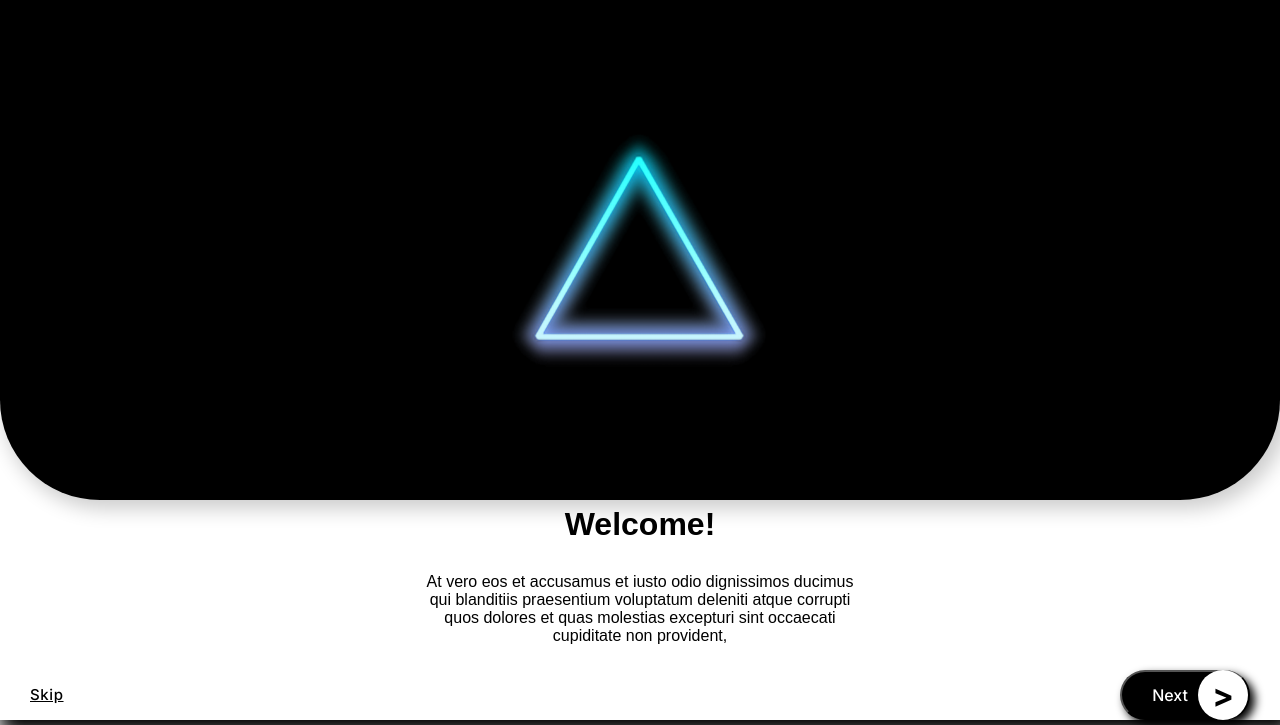
Repository: Cherced/virtualassistant
Page: /Welcome
The author's editor kept a copy of each file at every save. The page is drawn from the files as they stood at one save, then again after the next save.
The browser window is 1280 px wide. The pictures show the whole page.
The project was rebuilt for these pictures with package versions that can differ from the ones it lists, and the page was loaded fresh each time. The framework's server and built-in components were replaced by stand-ins that run in the browser.

Above is the page before, as saved 2022-07-14 12:32:50.

### pages/_app.js
import '../sass/global.scss';


const MyApp = ({ Component, pageProps }) => {
    return <Component {...pageProps} />
  }


export default MyApp

### pages/_document.js
import { Html, Head, Main, NextScript } from 'next/document'

export default function Document() {
  return (
    <Html>
      <Head />
      <body>
        <Main />
        <div id="portal"></div>
        <NextScript />
      </body>
    </Html>
  )
}

### pages/Welcome.jsx
import React from 'react'
import { HeaderWelcome } from '../components/molecules/welcome/HeaderWelcome'
import { MainContent } from '../components/molecules/welcome/MainContent'
import { NavButtons } from '../components/molecules/welcome/NavButtons'

const Welcome = () => {
  return (
    <div className="welcome">
        <HeaderWelcome/>
        <MainContent/>
        <NavButtons/>
    </div>
  )
}

export default Welcome

### sass/global.scss
@import './vars';
@import './pages/draft';
@import './pages/welcome';

### components/molecules/welcome/HeaderWelcome.jsx
import React from 'react'

export const HeaderWelcome = () => {
  return (
    <header className="brand">
    <img className="brand__img" src="/img/welcomeImg.png" alt="brand logo"/>
    </header>
  )
}

### components/molecules/welcome/MainContent.jsx
import React from 'react'
import { Instructions } from '../../atoms/Carrousels/Instructions'

export const MainContent = () => {
  return (
    <main className="main__Content--welcome">
        <Instructions/>
    </main>
  )
}

### components/molecules/welcome/NavButtons.jsx
import React from 'react'
import Link from 'next/link'
import { NextButton } from '../../atoms/buttons/NextButton'

export const NavButtons = () => {
  return (
    <footer className="NavButtons">
      {  <Link href="#">
        <a className="NavButtons__ancord">Skip</a>
        </Link>}
        <NextButton type="button" title="Next"/>
    </footer>
  )
}

### sass/_vars.scss
@import url('https://fonts.googleapis.com/css2?family=Inter:wght@100;200;300;500;600;700;800;900&family=Roboto:ital,wght@0,100;0,300;0,400;0,500;0,700;0,900;1,100;1,300;1,400;1,500;1,700;1,900&display=swap');

$mainColor: black;
$mainTextColor: white;
$mainFont: 'Inter';


*{
    box-sizing: border-box;
    margin: 0;
    padding: 0;
    font-family: Arial, Helvetica, sans-serif;
}

### sass/pages/_draft.scss

.Draft{
    display: flex;
    align-self: center;
    width: 100%;
    justify-content: center;
    height: 100vh;
    flex-direction: column;
    align-items: center;
}

### sass/pages/_welcome.scss
@import '../components/headers/welcomeHeader';
@import '../components/carrousels/carrousel';
@import '../components/buttons/nextButton';


.welcome {
    width: 100%;
    height: 100vh;
    display: flex;
    flex-direction: column;
    align-items: center;
    box-shadow: 7px 8px 20px 7px black;
    justify-items: center;
    justify-content: space-between;

    .NavButtons {
        display: flex;
        width: 100%;
        align-items: center;
        justify-content: space-between;
        padding: 0 30px;
        margin: 20px 0;

        .NavButtons__ancord {
            font-style: normal;
            font-weight: 400;
            font-size: 15px;
            line-height: 18px;
            letter-spacing: 0.04em;
            font-family: $mainFont;
            color: #000000;
        }
    }
}

### sass/components/headers/_welcomeHeader.scss
.brand{
    width: 100%;
    min-height: 500px;
    display: flex;
    background: black;
    border-radius: 0 0 100px 100px;
    box-shadow: 6px 6px 20px 3px rgba(0, 0, 0, 0.2);
    justify-content: center;
    align-items: center;
  .brand__img{
    object-fit: cover;
  }
}

### sass/components/carrousels/_carrousel.scss
.carrousel{
    max-width: 500px;
    height: 150px;
    min-width: 300px;
    overflow: hidden;
    .carrousel__list{
        list-style: none;
        position: relative;
        display: flex;
        width: 200%;
        height: 100%;
        .carrousel__list--item{
            width: 50%;
            display: flex;
            flex-direction: column;
            align-items: center;
            justify-content: center;
            .carrousel__item--title{
                margin-bottom: 30px;
            }
            .carrousel__item--parragraph{
                padding: 0 30px;
                text-align: center;
            }
        }
    }
}

### sass/components/buttons/_nextButton.scss
.button__next {
    display: flex;
    width: auto;
    min-width: 100px;
    height: 50px;
    justify-content: space-around;
    align-items: center;
    background: black;
    color: white;
    border-radius: 100px;
    padding: 0 0 0 30px;
    box-shadow: 5px 5px 10px 0px black;
    cursor: pointer;
    font-family: $mainFont;
    font-size: 16px;


    .button__next--Arrow {
        width: 50px;
        height: 50px;
        display: flex;
        align-items: center;
        justify-content: center;
        background: $mainTextColor;
        border-radius: 100px;
        margin-left: 10px;

        .next__arrow--h1 {
            padding: 10px;
            color: $mainColor;
            font-family: $mainFont;
        }
    }

}

### components/atoms/Carrousels/Instructions.jsx
import React from 'react'

export const Instructions = () => {
  return (
    <div className="carrousel" >
        <ul className="carrousel__list" id="slider">
            <li className="carrousel__list--item">
                <h1 className="carrousel__item--title">
                Welcome!
                </h1>
                <p className="carrousel__item--parragraph">
                At vero eos et accusamus et iusto odio dignissimos ducimus qui blanditiis praesentium voluptatum deleniti atque corrupti quos dolores et quas molestias excepturi sint occaecati cupiditate non provident,
                </p>
            </li>
            <li className="carrousel__list--item">
                <h1 className="carrousel__item--title">
                you can also improve
                </h1>
                <p className="carrousel__item--parragraph">
                Temporibus autem quibusdam et aut officiis debitis aut rerum necessitatibus saepe eveniet ut et voluptates repudiandae sint et molestiae non recusandae. Itaque earum rerum
                </p>
            </li>
        </ul>
    </div>
  )
}

### components/atoms/buttons/NextButton.jsx
import React from 'react'

export const NextButton = (props) => {

  function next(){
    const slider = document.querySelector('#slider');
    let sliderSection = document.querySelectorAll('.carrousel__list--item');
    let sliderSectionFirst = sliderSection[0];
    slider.style.marginLeft = "-100%";
    slider.style.transition = "all 0.5s";
    setTimeout(function(){
    slider.style.transition = "none";
    slider.insertAdjacentElement('beforeend', sliderSectionFirst);
    slider.style.marginLeft = "0";
}
,500);
}

const handleNextButton = () => {
  const slider = document.querySelector('#slider');
  let sliderSection = document.querySelectorAll('.carrousel__list--item');
  console.log(sliderSection[0].firstElementChild.textContent)
if(sliderSection[0].firstElementChild.textContent === "Welcome!"){
    next()
  } else {
    console.log("redirect")
  }
}


  return (
    <button onClick={()=> handleNextButton()} className="button__next" type={props.type} aria-label="Next Button">
        {props.title}
        <div className="button__next--Arrow">
            <h1 className="next__arrow--h1">
                &#62;
            </h1>
        </div>
    </button>
  )
}

After the next save:
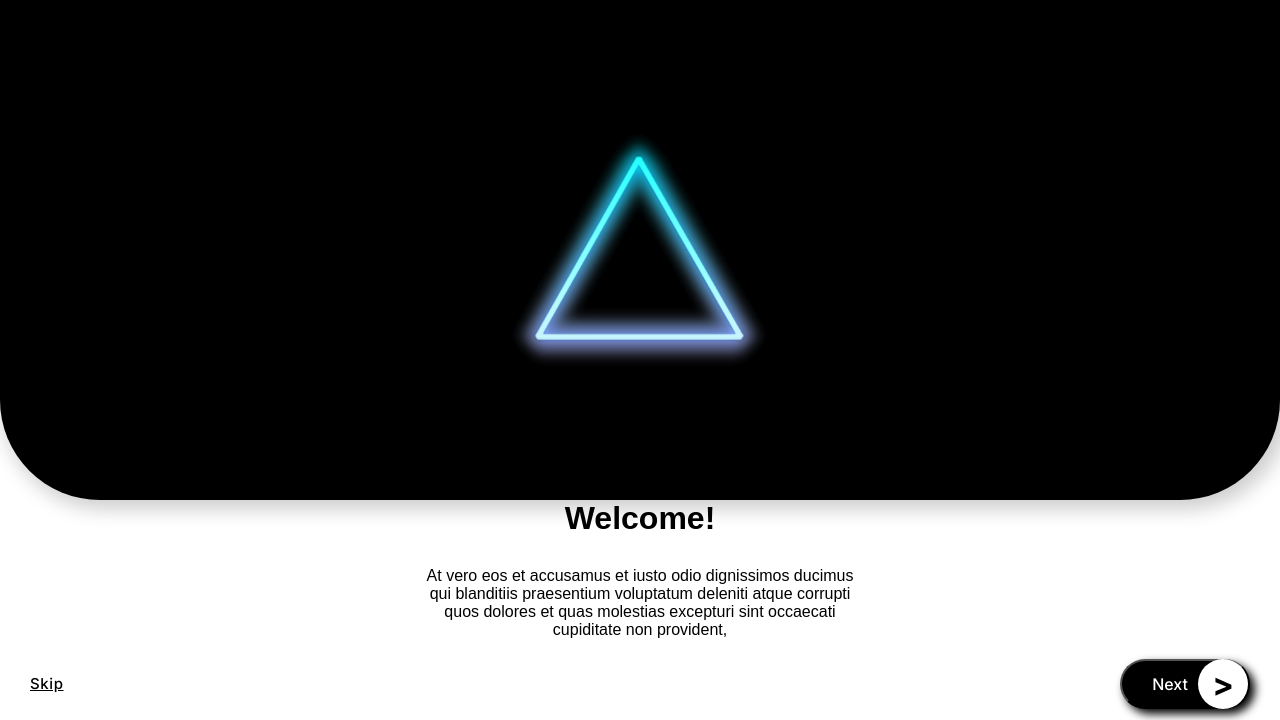
Saved 2 min 13 s later.
--- a/sass/components/carrousels/_carrousel.scss
+++ b/sass/components/carrousels/_carrousel.scss
@@ -1,6 +1,6 @@
 .carrousel{
     max-width: 500px;
-    height: 150px;
+    height: auto;
     min-width: 300px;
     overflow: hidden;
     .carrousel__list{
